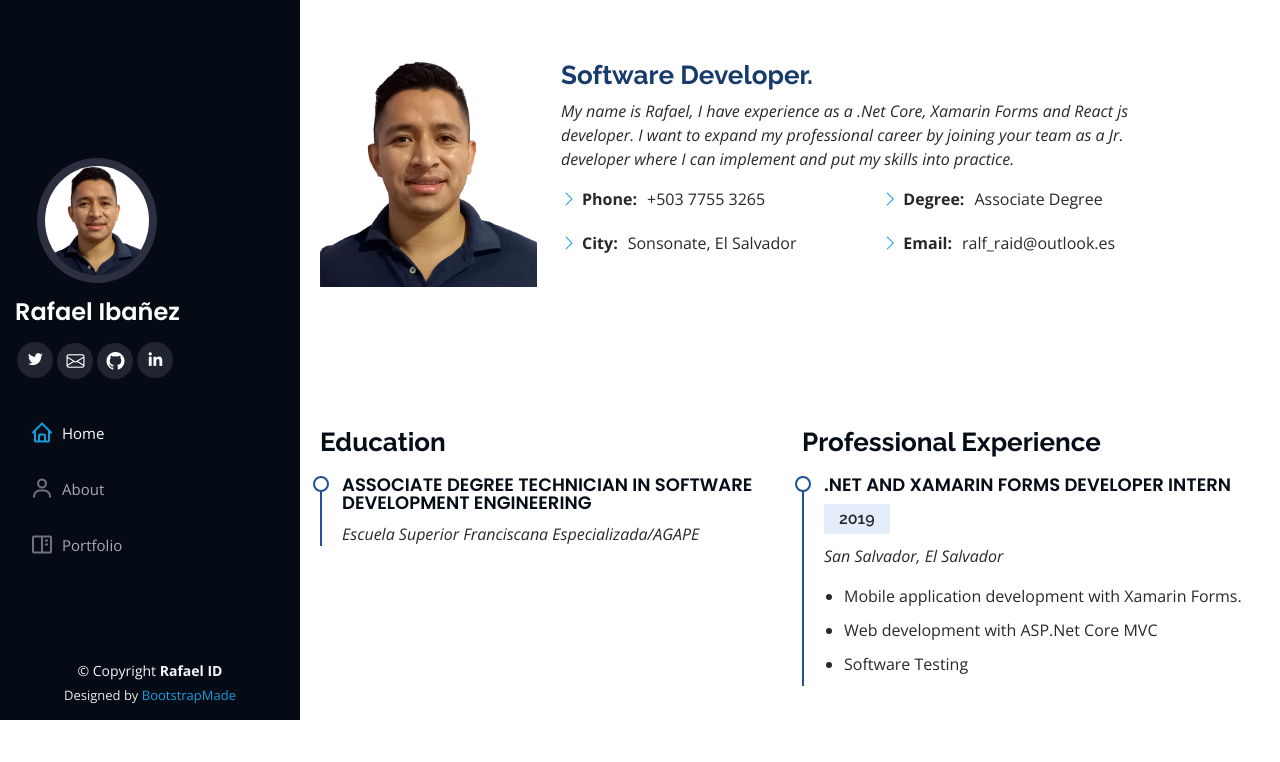
Repository: ralfId/myportfolio
Page: /about
These files come from the project's save history. The page is drawn as it stood at one moment and after the next save; the edit follows.
The browser window is 1280 px wide. The pictures show the whole page.
The project was rebuilt for these pictures with package versions that can differ from the ones it lists, and the page was loaded fresh each time. Also part of the build but not shown: src/components/Home.js, src/data/projects.js, src/components/Projects/ProjectItem.js, src/components/Projects/ProjectIndex.js, src/helpers/ProjectById.js, src/components/Projects/ProjectDetail.js.

Above is the page before, as saved 2021-09-21 12:54:31.

After the next save:
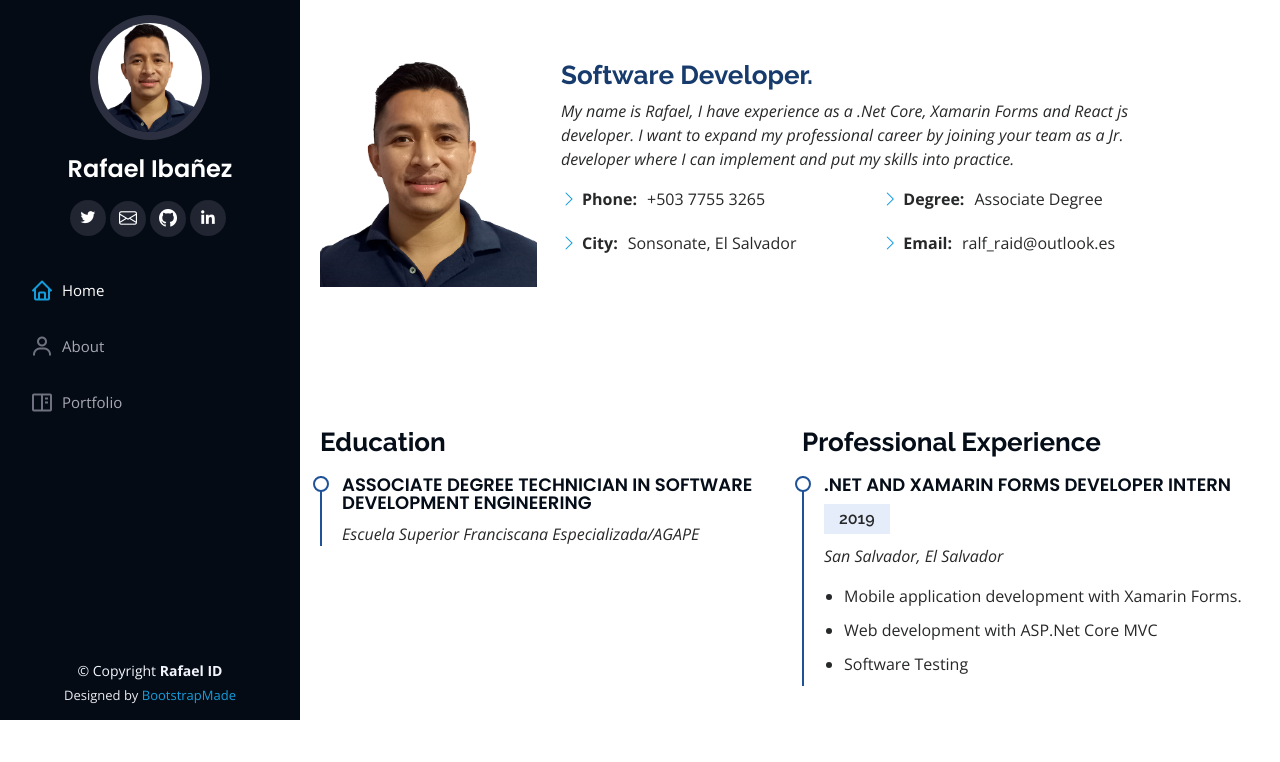
Saved 8 s later.
--- a/src/components/Nav.js
+++ b/src/components/Nav.js
@@ -13,7 +13,7 @@ export const Nav = () => {
 
       <i className={`bi bi-list mobile-nav-toggle d-xl-none ${!isClicked ? 'bi-list' : 'bi-x'}`} onClick={changeState}></i>
 
-      <header id="header" className={`${!isClicked ? 'navbar':'navbarMob'}`}>
+      <header id="header" >
         <div className="d-flex flex-column">
 
           <div className="profile">
